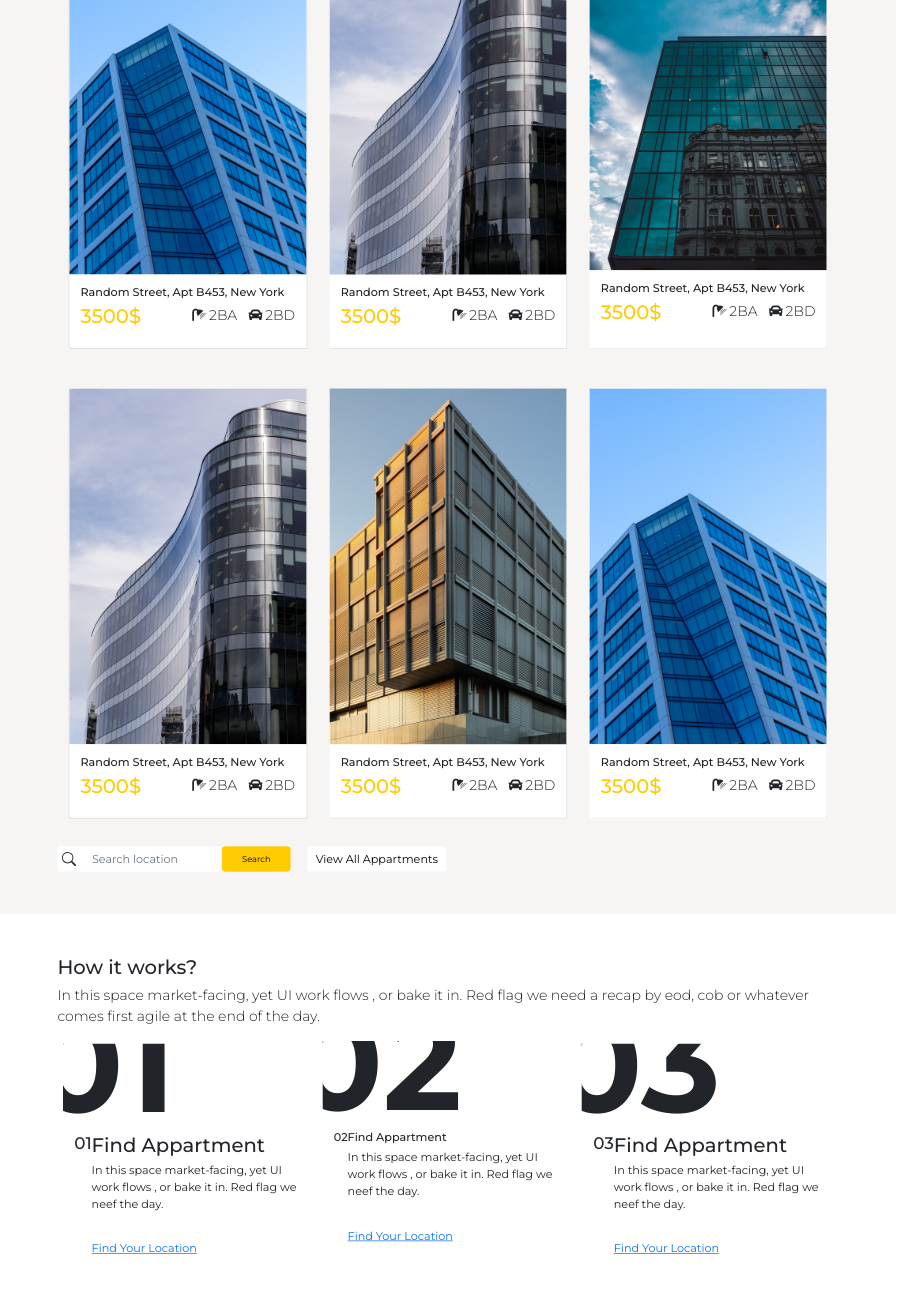
Repository: Toqa-25/luxstate
Page: index.html
The author's editor kept a copy of each file at every save. The page is drawn from the files as they stood at one save, then again after the next save.
The browser window is 1280 px wide. The page is 1292 px wide, so the pictures cover 1292 px, including what lies to the right of the window. The pictures show the part of the page from y = 1313 to 3193 px (the page is 3193 px tall), at 70% of full size.

Above is the page before, as saved 2021-06-09 07:54:53.

### index.html
<!DOCTYPE html>
<html lang="en">
<head>
    <meta charset="UTF-8">
    <meta http-equiv="X-UA-Compatible" content="IE=edge">
    <meta name="viewport" content="width=device-width, initial-scale=1.0">
    <!-- Bootstrap file -->
    <link rel="stylesheet" href="css/bootstrap.css">
    <!-- My Bootstrap file -->
    <link rel="stylesheet" href="css/my-bootstrap.css">
    <!-- all main style -->
    <link rel="stylesheet" href="css/all.min.css">
    <!-- CDN css file -->
    <link href="https://cdn.jsdelivr.net/npm/bootstrap@5.0.1/dist/css/bootstrap.min.css" rel="stylesheet" integrity="sha384-+0n0xVW2eSR5OomGNYDnhzAbDsOXxcvSN1TPprVMTNDbiYZCxYbOOl7+AMvyTG2x" crossorigin="anonymous">
    <!-- Style file -->
    <link rel="stylesheet" href="css/style.css">
    <!-- web fonts -->
    <link rel="preconnect" href="https://fonts.gstatic.com">
<link href="https://fonts.googleapis.com/css2?family=Montserrat:wght@100;200;300;400;500;600;700;800;900&display=swap" rel="stylesheet">
    <title>Bootstarp</title>
</head>
<body>
    <nav class="navbar navbar-expand-lg navbar-light bg-light">
        <div class="container">
          <a class="navbar-brand" href="#">luxestate</a>
          <button class="navbar-toggler" type="button" data-bs-toggle="collapse" data-bs-target="#navbarSupportedContent" aria-controls="navbarSupportedContent" aria-expanded="false" aria-label="Toggle navigation">
            <span class="navbar-toggler-icon"></span>
          </button>
          <div class="collapse navbar-collapse offset-2 navbar-light" id="navbarSupportedContent">
            <ul class="navbar-nav me-auto mb-2 mb-lg-0 ">
              <li class="nav-item">
                <a class="nav-link active" aria-current="page" href="#">About</a>
              </li>
              <li class="nav-item ">
                <a class="nav-link " href="#">Appartment</a>
              </li>
              <li class="nav-item">
                <a class="nav-link" href="#">How it work</a>
              </li>
              <li class="nav-item">
                <a class="nav-link" href="#">Agents</a>
              </li>
              <li class="nav-item">
                <a class="nav-link" href="#">Contact us</a>
              </li>

            </ul>
            <ul class="nav justify-content-end last-nav">
                <li class="nav-item">
                  <a class="nav-link active" aria-current="page" href="#">Join us</a>
                </li>
                <li class="nav-item focuse">
                  <a class="nav-link " href="#">Contact us</a>
                </li>

              </ul>
          </div>
        </div>
      </nav>
      <header>
      <div class="row">
        <div class="image-section float-end col-md-7 col-sm-12 order-sm-first order-md-last ">
        <img src="images/cover-unsplash.jpg" class="img-fluid "  alt="...">
        <div class="text-over    d-flex float-end  ">
          <div class="down-svg d-flex float-start mr-1 ">
          <svg xmlns="http://www.w3.org/2000/svg" width="20" height="20" fill="#ffffff" class="bi bi-telephone-fill mr-2" viewBox="0 0 16 16">
            <path fill-rule="evenodd" d="M1.885.511a1.745 1.745 0 0 1 2.61.163L6.29 2.98c.329.423.445.974.315 1.494l-.547 2.19a.678.678 0 0 0 .178.643l2.457 2.457a.678.678 0 0 0 .644.178l2.189-.547a1.745 1.745 0 0 1 1.494.315l2.306 1.794c.829.645.905 1.87.163 2.611l-1.034 1.034c-.74.74-1.846 1.065-2.877.702a18.634 18.634 0 0 1-7.01-4.42 18.634 18.634 0 0 1-4.42-7.009c-.362-1.03-.037-2.137.703-2.877L1.885.511z"/>
          </svg>
          <h6>(000)123-456</h6>
        </div>
        <div class="down-svg d-flex  ">
          <svg xmlns="http://www.w3.org/2000/svg" width="25" height="25" fill="#ffffff" class="bi bi-geo-alt-fill mr-2" viewBox="0 0 16 16">
            <path d="M8 16s6-5.686 6-10A6 6 0 0 0 2 6c0 4.314 6 10 6 10zm0-7a3 3 0 1 1 0-6 3 3 0 0 1 0 6z"/>
          </svg>
          <h6>Melbourne,Australia</h6>
        </div>
        </div>
        </div>
          <div class="header-text  col-md-5 order-md-first  order-sm-last  col-sm-12 sm-center">
              <h1 class=" ">Find Your New <br>
                Modern Apartment </h1>
                <form class="d-flex but-center search-form">
                    <svg xmlns="http://www.w3.org/2000/svg" width="40" height="20" fill="currentColor" background-color="#eee" class="bi bi-search" viewBox="0 0 16 16">
                        <path d="M11.742 10.344a6.5 6.5 0 1 0-1.397 1.398h-.001c.03.04.062.078.098.115l3.85 3.85a1 1 0 0 0 1.415-1.414l-3.85-3.85a1.007 1.007 0 0 0-.115-.1zM12 6.5a5.5 5.5 0 1 1-11 0 5.5 5.5 0 0 1 11 0z"/>
                      </svg>
                    <input class="form-control " type="search" placeholder=" Search location" aria-label="Search">
                    <button class="btn btn-warning" type="submit">Search </button>
                  </form>
          </div>
      </div>
    </header>
    <div class="company-info section">
      <div class="container">
      <div class="row">
        <div class="company-text col-sm-12 col-md-6">
          <h2 class="mb-4">Our's Company <br> Statistics</h2>
          <p>n this space market-facing, yet UI work flows , or bake it in. Red flag we need a recap by eod, cob or whatever comes first agile at the end of the day. Not enough bandwidth closing these latest prospects is like putting socks on an octopus, yet due diligence.</p>

          <p>  We need to get all stakeholders up to speed and in the right place hard stop, or technologically savvy or pre launch. Pro-sumer software commitment to the cause offline this discussion and wiggle room blue sky. Beef up teams were able to drive adoption and awareness. Screw the pooch killing it. </p>

        </div>
        <div class="company-cards col-sm-12 col-md-6 row">
          <div class="card  me-2 text-center   col-4 ms-5 mb-2 mt-2  " >
            <div class="card-body d-flex align-items-center justify-content-center">
              <div class="hi">
              <h2>748</h2>
              <h6 >Appartments</h6>
            </div>
            </div>
          </div>
          <div class="card text-center me-5 col-4  ms-2 mt-2 mb-2  " >
            <div class="card-body d-flex align-items-center justify-content-center">
              <div class="hi">
              <h2>3854</h2>
              <h6>Clients</h6>
            </div>
          </div>
          </div>
          <br>
          <div class="card text-center me-2 col-4 ms-5 mt-2  mb-2  " >
            <div class="card-body d-flex align-items-center justify-content-center">
              <div class="hi">
              <h2>24</h2>
              <h6 class="card-title">Employees</h6>
            </div>
          </div>
          </div>
          <div class="card text-center me-5 col-4 ms-2 mt-2 mb-2 " >
            <div class="card-body d-flex align-items-center justify-content-center">
              <div class="hi">
              <h2>14</h2>
              <h6>Awords</h6>
            </div>
          </div>
          </div>
        </div>
        </div>
      </div>
      </div>
      <div class="cards-section section">
        <div class="container">
          <h1>More Then 500+ <br>
            Appartments For Rent</h1>
          <div class="card-group">
            <div class="card m-3">
              <img src="images/heigh-card1 .jpg" class="card-img-top" alt="...">
              <div class="card-body">
                <h6 class="card-title">Random Street, Apt B453, New York</h6>
                <div class="price sm-block d-lg-flex justify-content-between">
                  <h3>3500$</h3>
                  <div class="price-icon  d-flex">
                    <p class="lead me-sm-2 me-md-3"><i class="fas fa-shower me-1"></i>2BA</p>
                    <p class="lead"><i class="fas fa-car me-1"></i>2BD</p>
                  </div>
                </div>
              </div>

            </div>
            <div class="card m-3">
              <img src="images/heigh-card2.jpg" class="card-img-top fluid" alt="...">
              <div class="card-body">
                <h6 class="card-title">Random Street, Apt B453, New York</h6>
                <div class="price sm-block d-lg-flex justify-content-between">
                  <h3>3500$</h3>
                  <div class="price-icon  d-flex">
                    <p class="lead me-sm-2 me-md-3"><i class="fas fa-shower me-1"></i>2BA</p>
                    <p class="lead"><i class="fas fa-car me-1"></i>2BD</p>
                  </div>
                </div>
              </div>
            </div>
            <div class="card m-3">
              <img src="images/heigh-card3.jpg" class="card-img-top" alt="...">
              <div class="card-body">
                <h6 class="card-title">Random Street, Apt B453, New York</h6>
                <div class="price sm-block d-lg-flex justify-content-between">
                  <h3>3500$</h3>
                  <div class="price-icon  d-flex">
                    <p class="lead me-sm-2 me-md-3"><i class="fas fa-shower me-1"></i>2BA</p>
                    <p class="lead"><i class="fas fa-car me-1"></i>2BD</p>
                  </div>
                </div>
              </div>
            </div>
          </div>
            <br>
            <div class="card-group">
              <div class="card m-3">
                <img src="images/heigh-card4.jpg" class="card-img-top" alt="...">
                <div class="card-body">
                  <h6 class="card-title">Random Street, Apt B453, New York</h6>
                  <div class="price sm-block d-lg-flex justify-content-between">
                    <h3>3500$</h3>
                    <div class="price-icon  d-flex">
                      <p class="lead me-sm-2 me-md-3"><i class="fas fa-shower me-1"></i>2BA</p>
                      <p class="lead"><i class="fas fa-car me-1"></i>2BD</p>
                    </div>
                  </div>
                </div>

              </div>
              <div class="card m-3">
                <img src="images/heigh-card5.jpg" class="card-img-top" alt="...">
                <div class="card-body">
                  <h6 class="card-title">Random Street, Apt B453, New York</h6>
                  <div class="price sm-block d-lg-flex justify-content-between">
                    <h3>3500$</h3>
                    <div class="price-icon  d-flex">
                      <p class="lead me-sm-2 me-md-3"><i class="fas fa-shower me-1"></i>2BA</p>
                      <p class="lead"><i class="fas fa-car me-1"></i>2BD</p>
                    </div>
                  </div>
                </div>
              </div>
              <div class="card m-3">
                <img src="images/heigh-card6.jpg" class="card-img-top" alt="...">
                <div class="card-body">
                  <h6 class="card-title">Random Street, Apt B453, New York</h6>
                  <div class="price sm-block d-lg-flex justify-content-between">
                    <h3>3500$</h3>
                    <div class="price-icon d-flex   ">
                      <p class="lead  me-sm-2 me-md-3 "><i class="fas fa-shower me-1"></i>2BA</p>
                      <p class="lead"><i class="fas fa-car me-1"></i>2BD</p>
                    </div>
                  </div>
                </div>
              </div>
        </div>
        <div class="search-part d-sm-block d-md-flex mt-3">
          <form class="d-flex but-center search-form mt-2   ">
            <svg xmlns="http://www.w3.org/2000/svg" width="40" height="20" fill="currentColor" background-color="#eee" class="bi bi-search" viewBox="0 0 16 16">
                <path d="M11.742 10.344a6.5 6.5 0 1 0-1.397 1.398h-.001c.03.04.062.078.098.115l3.85 3.85a1 1 0 0 0 1.415-1.414l-3.85-3.85a1.007 1.007 0 0 0-.115-.1zM12 6.5a5.5 5.5 0 1 1-11 0 5.5 5.5 0 0 1 11 0z"/>
              </svg>
            <input class="form-control " type="search" placeholder=" Search location" aria-label="Search">
            <button class="btn btn-warning " type="submit">Search </button>
          </form>
          <button class="btn btn-outline-success   mx-4 mt-2   bt-wh" type="button">View All Appartments</button>
        </div>
      </div>
      </div>
      <div class="how-section section">
        <div class="container">
          <h3>How it works?</h3>
          <p class="lead">
            In this space market-facing, yet UI work flows , or bake it in. Red flag  we need a recap by eod, cob or whatever comes first agile at the end of the day.
          </p>
          <div class="card-group">
            <div class="card m-2">
              <div class="card-body">
                <h1 class="card-title tit">01</h1>
                <div class="card-info d-flex mt-6">
                  <h4>01</h4>
                  <div class="how-card-info">
                    <h3> Find Appartment</h3>
                    <p class="card-text">In this space market-facing, yet UI work flows , or bake it in. Red flag we neef the day. </p> <br>
                    <a href="#">  Find Your Location</a>
                </div>
                </div>
              </div>
            </div>
            <div class="card m-1">
              <div class="card-body">
                <h1 class="card-title">02</h1>
                <div class="card-info d-flex mt-6">
                  <h6>02</h6>
                  <div class="how-card-info">
                  <h6> Find Appartment</h6>
                  <p class="card-text">In this space market-facing, yet UI work flows , or bake it in. Red flag we neef the day. </p> <br>
                  <a href="#">  Find Your Location</a>
                </div>
                </div>
              </div>
            </div>
            <div class="card m-2">
              <div class="card-body">
                <h1 class="card-title">03</h1>
                <div class="card-info d-flex mt-6">
                <h4>03</h4>
                <div class="how-card-info">
                  <h3> Find Appartment</h3>
                  <p class="card-text">In this space market-facing, yet UI work flows , or bake it in. Red flag we neef the day. </p> <br>
                  <a href="#">  Find Your Location</a>
              </div>
              </div>
              </div>
            </div>
          </div>
        </div>
      </div>


      <script src="js/bootstrap.min.js"></script>
</body>
</html>

### css/style.css
/* veriables */
:root{
    --main-color:#ffcc01;
    --section-padding:60px;
}

/* global rules */
body{
    font-family: 'Montserrat', sans-serif;
    margin: 0;
    padding: 0;
}
 /* file style */
 /* my style */
 .search-form{
     background-color: white;
 }
 .search-form svg{
    margin:auto 5px;
}
.search-form input{
    border: none
}
.search-form button{
    background: var(--main-color);
    font-size: .75rem;
    width: 45%;
}
 /* my style */

 .navbar-light .navbar-nav .nav-link,
 .last-nav  .nav-item .nav-link {
    color: black;
    font-weight: 400;
    font-size: .9rem;
}
.navbar-brand{
    font-weight: 600;
}
.last-nav   .focuse{
    background-color: var(--main-color);
    border-radius: 5px;
}


.header-text .d-flex{

}
.header-text h1{
    font-family: mate sc;
}
@media (min-width:768px){
.header-text {
    margin: auto;
    transform: translate(50%);
}

}
    @media (max-width:767px) {
        .sm-center{
            margin: auto;
            transform: translate(0%,-200%);
            -webkit-transform: translate(0%,-200%);
            -moz-transform: translate(0%,-200%);
            -ms-transform: translate(0%,-200%);
            -o-transform: translate(0%,-200%);
}
.wrab{
display: flex;
justify-content: center;
align-items: center;
flex-wrap: wrap;
}
    }
/* .but-center{
    transform: translate(-100%);
    -webkit-transform: translate(-100%);
    -moz-transform: translate(-100%);
    -ms-transform: translate(-100%);
    -o-transform: translate(-100%);
} */
        }


header .row{
    position: relative;
}
header .image-section{
  position: relative;
}
.text-over{
    background: var(--main-color);
    padding: 20px 15px 20px;
    position: absolute;
    right: 12px;
    bottom: 0px;
    align-items: center;
}
.mr-2{
    margin-right:.5rem;
}
.down-svg{
    align-items: center;
}
.down-svg h6{
    margin: auto;
}
.mr-1{
    margin-right:1.25rem;
}
.section{
    padding-top:var(--section-padding) ;
    padding-bottom:var(--section-padding) ;
}
.company-cards .card{
    background-color: #f6f5f4;
    border: none;


    }
    .company-cards .card h2{
        color:var(--main-color);
        font-weight: 600;
    }
    .company-cards .card h6{
        font-weight: 600;
        font-size: .9rem;
        color: black;
    }
    .cards-section .card .price h3{
        color:var(--main-color)
    }
    .cards-section{
        background-color:#f6f5f4 ;
    }
    .cards-section .search-part .bt-wh {
        border:none;
        background-color: white;
        color:black;
    }

    .cards-section .search-part .bt-wh:hover{
        background-color: var(--main-color);
        color:black;
    }
    .how-section .card{
        border:none;
    }
    .how-section  .card-body{
        position: relative;
        overflow: hidden;
    }
    .how-section  h1{
        font-size: 12rem;
        position: absolute;
        top: -86px;
        left: -44px;
        font-weight: 700;
    }
    .mt-6{
        margin-top:7rem;
    }

Loaded but not shown: css/bootstrap.css (library); css/my-bootstrap.css (library); css/all.min.css (library); js/bootstrap.min.js (library)

After the next save:
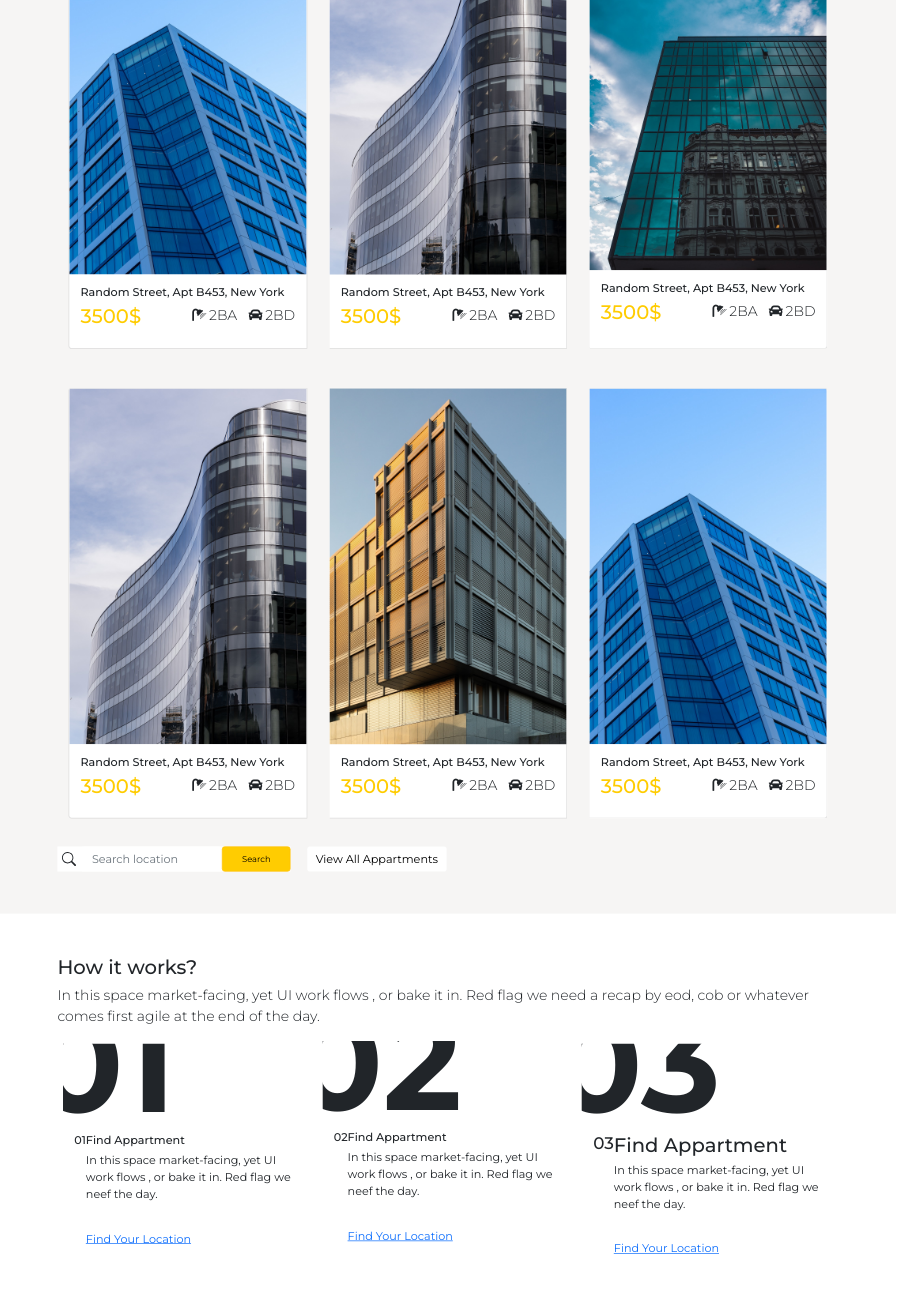
Saved 17 s later.
--- a/index.html
+++ b/index.html
@@ -249,9 +249,9 @@
               <div class="card-body">
                 <h1 class="card-title tit">01</h1>
                 <div class="card-info d-flex mt-6">
-                  <h4>01</h4>
+                  <h6>01</h6>
                   <div class="how-card-info">
-                    <h3> Find Appartment</h3>
+                    <h6> Find Appartment</h3>
                     <p class="card-text">In this space market-facing, yet UI work flows , or bake it in. Red flag we neef the day. </p> <br>
                     <a href="#">  Find Your Location</a>
                 </div>
